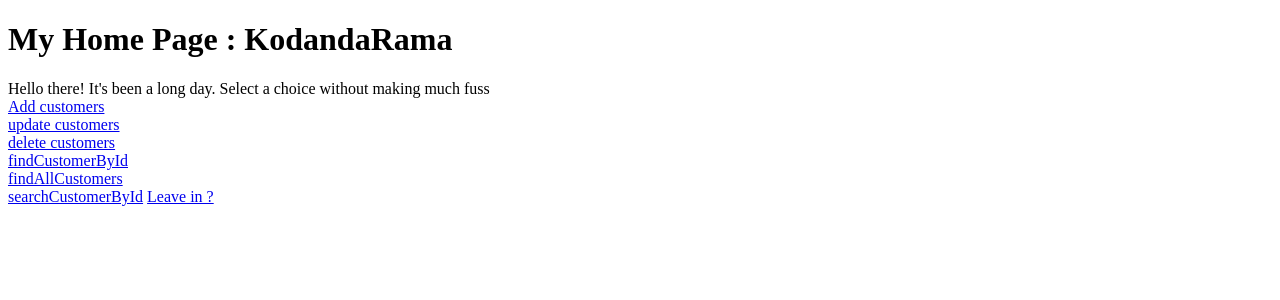
Repository: Rama-13/LaunchPadAllFiles
Page: java-workspace/SpringMVCDemo/WebContent/index.html
The author's editor kept a copy of each file at every save. The page is drawn from the files as they stood at one save, then again after the next save.
The browser window is 1280 px wide. The pictures show the whole page.

Above is the page before, as saved 2019-08-02 05:17:44.

### java-workspace/SpringMVCDemo/WebContent/index.html
<!DOCTYPE html>
<html>
<head>
<meta charset="ISO-8859-1">
<title>Spring MVC</title>
</head>
<body>
<h1>My Home Page : KodandaRama</h1>
Hello there! It's been a long day. Select a choice without making much fuss <br>
<a href = "addcustomer.html">Add customers</a><br>
<a href = "updatecustomer.html">update customers</a><br>
<a href = "deletecustomer.html">delete customers</a><br>
<a href = "findByIdcustomers.do">findCustomerById</a><br>
<a href = "findAllcustomers.do">findAllCustomers</a><br>
<a href = "SearchCustomerById.jsp">searchCustomerById</a>
<a href = "leave.do">Leave in ?</a><br>


</body>
</html>

After the next save:
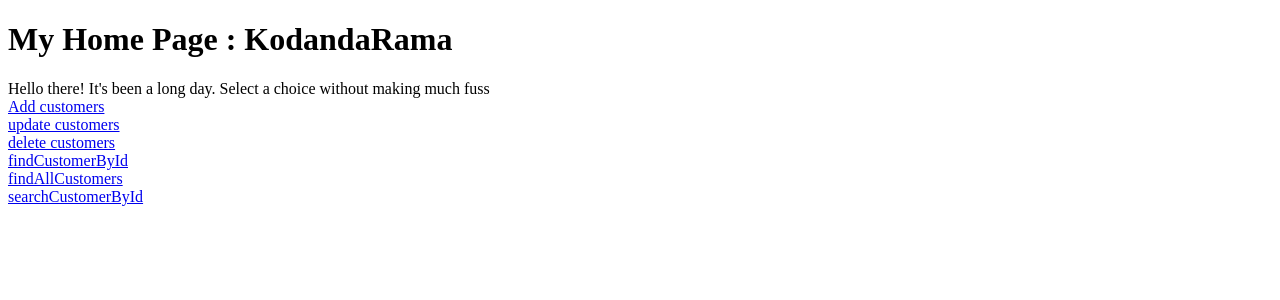
Saved 20 s later.
--- a/java-workspace/SpringMVCDemo/WebContent/index.html
+++ b/java-workspace/SpringMVCDemo/WebContent/index.html
@@ -12,9 +12,6 @@ Hello there! It's been a long day. Select a choice without making much fuss <br>
 <a href = "deletecustomer.html">delete customers</a><br>
 <a href = "findByIdcustomers.do">findCustomerById</a><br>
 <a href = "findAllcustomers.do">findAllCustomers</a><br>
-<a href = "SearchCustomerById.jsp">searchCustomerById</a>
-<a href = "leave.do">Leave in ?</a><br>
-
-
+<a href = "SearchCustomerById.do">searchCustomerById</a>
 </body>
 </html>
